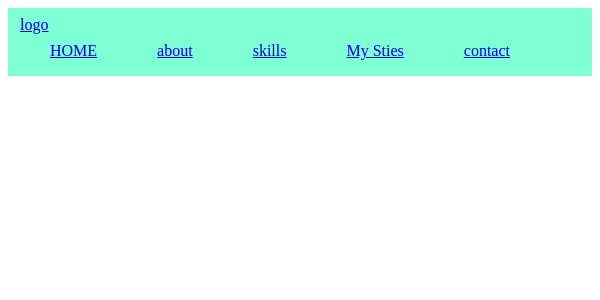
Repository: jun01270/jun
Page: index.html
The author's editor kept a copy of each file at every save. The page is drawn from the files as they stood at one save, then again after the next save.
The browser window is 600 px wide. The pictures show the whole page.

Above is the page before, as saved 2023-05-08 16:28:32.

### index.html
<!DOCTYPE html>
<html lang="en">
<head>
    <meta charset="UTF-8">
    <meta http-equiv="X-UA-Compatible" content="IE=edge">
    <meta name="viewport" content="width=device-width, initial-scale=1.0">
    <link rel="stylesheet" href="main.css">
    <title>Document</title>
</head>
<body>
    <nav class="navbar">
            <div class="logo"><a href="#home">logo</a></div>
            <ul class="menu-bar">
                <li><a href="#home" class="menu-btn" id="homeID">HOME</a></li>
                <li><a href="#about" class="menu-btn" id="homeID">about</a></li>
                <li><a href="#skills" class="menu-btn">skills</a></li>
                <li><a href="#my-sites" class="menu-btn">My Sties</a></li>
                <li><a href="#contact" class="menu-btn">contact</a></li>
            </ul>
    </nav>
</body>
</html>

### main.css
html{
    scroll-behavior: smooth;
}

.navbar{
    display: flex;
    justify-content: space-between;
    align-items: center;
    background-color: aquamarine;
    padding: 8px 12px;
}

.menu-bar{
    list-style:none;
    display: flex;
    margin: 0;
    padding-left:0;
}

.menu-bar li{
    padding:8px 30px;
}

.menu-bar li:hover{
    background-color: orange;
    border-radius: 3px;
}

@media screen and (max-width: 700px){
    .navbar{
        flex-direction: column;
        align-items: flex-start;
        margin: 0;
    }
}

After the next save:
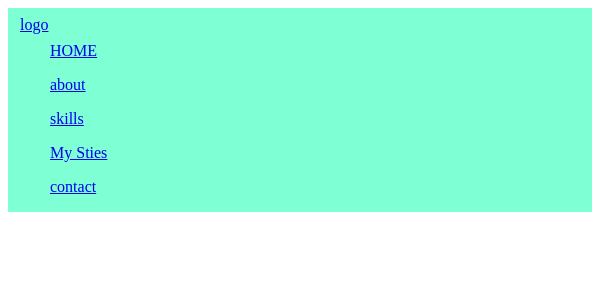
Saved 59 s later.
--- a/main.css
+++ b/main.css
@@ -32,4 +32,9 @@ html{
         align-items: flex-start;
         margin: 0;
     }
+
+    .menu-bar{
+        flex-direction: column;
+
+    }
 }
